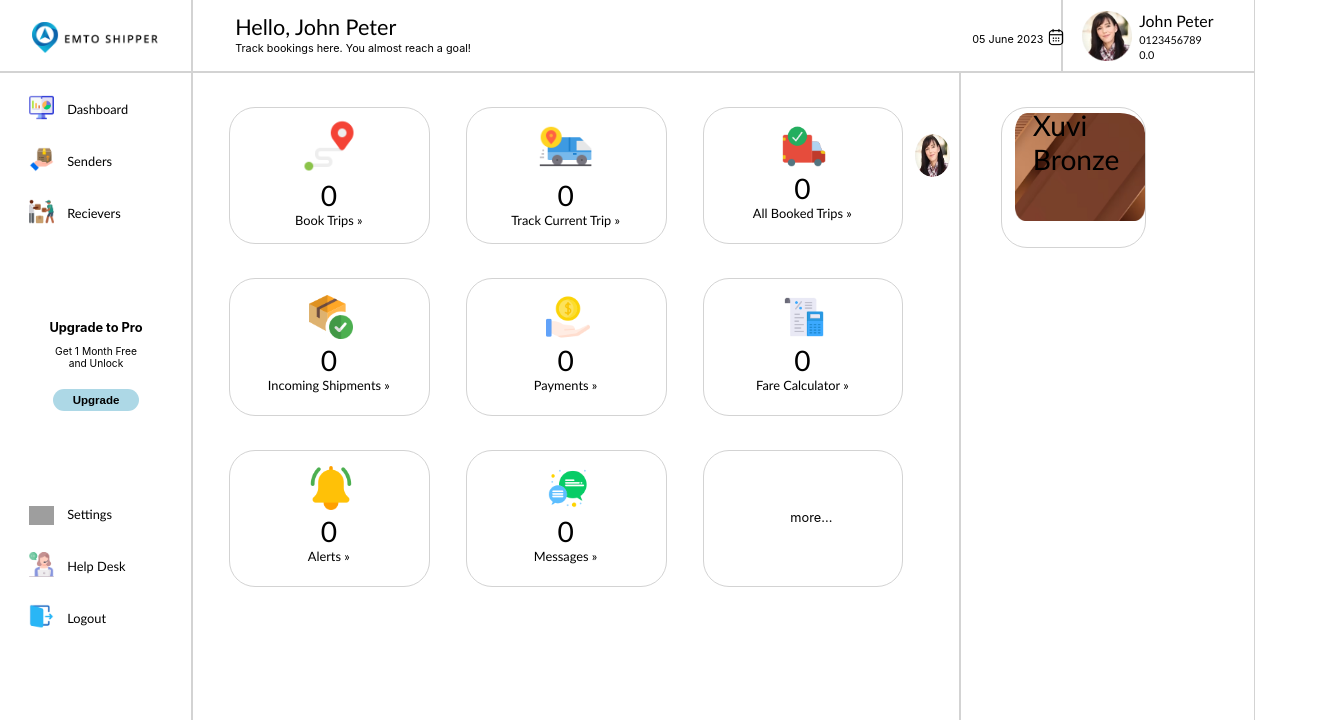
Repository: RoshanArun/Emto-Web
Page: /dashboard (app in emto/reactfirst/)
An editor plug-in stored every save of this project. The page is shown before and after the next save, followed by the edit.
The browser window is 1280 px wide. The page is 1280 px wide, then 1320 px, so the pictures cover 1320 px, including what lies to the right of the window. The pictures show the whole page.
Pictures or frames that could not be fetched are drawn as grey boxes. The project was rebuilt for these pictures with package versions that can differ from the ones it lists, and the page was loaded fresh each time. Also part of the build but not shown: emto/reactfirst/src/pages/SignUp/SignUp.css, emto/reactfirst/src/pages/SignUp/SignUp.js, emto/reactfirst/src/pages/Login/Login.js.

Above is the page before, as saved 2023-07-30 02:19:05.

### emto/reactfirst/src/App.js
import React from 'react';
import './pages/Login/Login.css';
import './pages/SignUp/SignUp.css';
import './pages/DashBoard/DashBoard.css';

import { BrowserRouter as Router, Routes, Route }
    from 'react-router-dom';

import SignUp from './pages/SignUp/SignUp';
import Login from './pages/Login/Login';
import DashBoard from './pages/DashBoard/DashBoard';


function App() {
    return (
        <Router>
            <Routes>
                <Route exact path='/' element={<Login />} />
                <Route path='/sign-up' element={<SignUp />} />
                <Route path='/dashboard' element={<DashBoard />} />
            </Routes>
        </Router>
    );
}

export default App;

### emto/reactfirst/src/pages/Login/Login.css
.wrapper {
  width: 100%;
  height: 100%;
  display: flex;
  flex-basis: 100%;
}

.page-left {
  width: 30%;
  min-width: 250px;
  height: 100vh;
  min-height: 570px;
  background-color: #f5f5f5;
}

.page-right {
  width: 100%;
  height: 75vh;
  background-color: #ffffff;
}

.logo {
  width: 60%;
  padding-top: 5%;
  padding-left: 5%;
  padding-bottom: 35%;
}

.truck {
  width: 100%;
  padding-bottom: 10%;
}

.emtocaption {
  width: 65%;
  padding-left: 7%;
  padding-bottom: 5%;
}

.loginbox {
  width: 85%;
  background-color: white;
  border-radius: 25px;
  margin-left: 5%;
  padding-left: 5%;
  padding-top: 2%;
  padding-bottom: 10%;
}

.details {
  font-size: 13px;
  font-family: 'Gill Sans', 'Gill Sans MT', Calibri, 'Trebuchet MS', sans-serif;
  padding-bottom: 8%;
}

.link {
  font-size: 10px;
  font-family: 'Gill Sans', 'Gill Sans MT', Calibri, 'Trebuchet MS', sans-serif;
}

.signin-content {
  height: 85%;
  width: 240px;
  margin-left: auto;
  margin-right: auto;
  padding-top: 30vh;
  min-height: 300px;
}

.signin-label {
  font-size: 27px;
  padding-bottom: 10%;
  padding-right: 30%;
  font-family: 'Gill Sans', 'Gill Sans MT', Calibri, 'Trebuchet MS', sans-serif;
  float: left;
}

.num-label {
  float: left;
  font-size: 12px;
  margin-bottom: 7px;
  font-family: 'Gill Sans', 'Gill Sans MT', Calibri, 'Trebuchet MS', sans-serif;
}

.numinput {
  border-radius: 5px;
  border: 1px solid lightgrey;
  height: 35px;
  width: 235px;
  float: left;
}

input::-webkit-inner-spin-button {
  -webkit-appearance: none;
  margin: 0;
}

.small {
  display: block;
  margin-bottom: -10px;
}

.invalidnumber {
  font-size: 8px;
  float: right;
  color: red;
}

.OTP-label {
  float: left;
  font-size: 11px;
  margin-right: 200px;
  margin-bottom: 7px;
  font-family: 'Gill Sans', 'Gill Sans MT', Calibri, 'Trebuchet MS', sans-serif;
}

.OTPNUM-input {
  width: 50px;
  height: 50px;
  border-radius: 5px;
  border: 1px solid lightgrey;
  position: relative;
  margin-right: 6px;
}

.OTPNUM-inputend {
  width: 50px;
  height: 50px;
  border-radius: 5px;
  border: 1px solid lightgrey;
  position: relative;
}

.invalidOTP {
  font-size: 8px;
  float: right;
  color: red;
}

.submit-button {
  width: 240px;
  height: 35px;
  background-color: #0d69ae;
  color: white;
  border-radius: 5px;
  border: 1px solid lightgrey;
  font-family: 'Gill Sans', 'Gill Sans MT', Calibri, 'Trebuchet MS', sans-serif;
  font-size: 11px;
  margin-top: 10px;
}

.bottom {
  height: 5%;
  margin-top: 1.5%;
  width: 100%;
  font-size: 9px;
  font-family: 'Gill Sans', 'Gill Sans MT', Calibri, 'Trebuchet MS', sans-serif;
}

.terms {
  margin-left: 5px;
  float: left;
}

.language {
  font-size: 9px;
  float: right;
  font-family: 'Gill Sans', 'Gill Sans MT', Calibri, 'Trebuchet MS', sans-serif;
  padding: 3px;
  margin-right: 10px;
}

.radio-button {
  float: right;
  height: 10px;
  width: 10px;
}

@media (max-width: 600px) {
  .wrapper {
    flex-wrap: wrap;
  }

  div {
    flex-basis: 33%;
  }

  .page-left {
    width: 100%;
    min-width: 100%;
    height: 100%;
    background-color: #f5f5f5;
  }

  .box {
    width: 85%;
    background-color: white;
    border-radius: 25px;
    margin-left: 5%;
    padding-left: 5%;
    padding-top: 2%;
    padding-bottom: 5%;
    margin-bottom: 5%;
  }

  .page-right {
    width: 100%;
    min-width: 100%;
    height: 150vw;
    background-color: #f5f5f5;
  }

  .signin-content {
    height: 85%;
    width: 240px;
    padding-top: 25vh;
    text-align: center;

  }
}

### emto/reactfirst/src/pages/DashBoard/DashBoard.css
.dash {
  height: 100vh;
  width: 100vw;
  outline: 1px solid lightgray;
  min-width: 1025px;;
  display: flex;
  flex-wrap: wrap;
}

.top-logo {
  width: 15vw;
  height: 10vh;
  outline: 1px solid lightgray;
  min-height: 55px;;
  min-width: 150px;;
}

.top-intro {
  width: 68vw;
  height: 10vh;
  outline: 1px solid lightgray;
  min-width: 450px;
  min-height: 55px;;
  min-width: 680px;;
}

.top-profile {
  width: 15vw;
  height: 10vh;
  outline: 1px solid lightgray;
  min-width: 100px;
  min-height: 55px;;
  min-width: 165px;;
}

.bottom-options {
  width: 15vw;
  height: 90vh;
  outline: 1px solid lightgray;
  min-height: 450px;
  min-width: 150px;;
}

.bottom-info {
  width: 60vw;
  height: 90vh;
  outline: 1px solid lightgray;
  min-width: 600px;;
}

.bottom-profile {
  width: 23vw;
  height: 90vh;
  outline: 1px solid lightgray;
  min-width: 250px;
}


.dashboardlogo {
  width: 17.5vh;
  margin-top: 3vh;
  margin-left: 2.5vw;
  min-width: 100px;
}

.dashboardicon {
  margin-top: 12%;
  margin-left: 15%;
  width: 13%;
  min-width: 20px;
}

.dashboardlabels {
  margin-left: 7%;
  font-size: 1vw;
  position: relative;
  bottom: .5vw;
  font-family: 'Gill Sans', 'Gill Sans MT', Calibri, 'Trebuchet MS', sans-serif;
  color: black;
}

.pro {
  font-size: 1.0vw;
  font-weight: bold;
  text-align: center;
  display: block;
  margin-bottom: 5%;
  margin-top: 10vh;
}

.unlock {
  display: block;
  font-size: .8vw;
  word-wrap: break-word;
  text-align: center;

}

.unlock2 {
  font-size: .8vw;
  text-align: center;
  display: block;

}

.upgrade {
  background-color: lightblue;
  border: none;
  border-radius: 15px;
  width: 45%;
  height: 3.5%;
  margin-left: auto;
  margin-right: auto;
  display: grid;
  margin-bottom: 10vh;
  text-align: center;
  font-size: .9vw;
  font-weight: bold;
  align-items: center;
}

.intro {
  font-size: 3vh;
  font-family: 'Gill Sans', 'Gill Sans MT', Calibri, 'Trebuchet MS', sans-serif;
  padding-left: 6vh;
  margin-top: 2vh;
  display: inline-block;
}

.introsub {
  margin-left: 6vh;
  font-size: 1.5vh;
  margin-top: 2px;
  display: flex;
}


.Calender {
  position: relative;
  left: 45vw;
  top: 1vh;
  font-size: 1.5vh;
}

.calenderIcon {
  width: 2.5vh;
  position: relative;
  left: 45.25vw;
  top: 1.5vh;
  font-size: 1.5vh;
}

.profileIcon {
  width: 7vh;
  margin-left: 10%;
  margin-top: 1.5vh;
  min-width: 40px
}

.userLabel {
  margin-left: 6vw;
  font-size: 2.2vh;
  position: relative;
  bottom: 7.5vh;
  font-family: 'Gill Sans', 'Gill Sans MT', Calibri, 'Trebuchet MS', sans-serif;
  color: black;
  display: block;
  margin-bottom: -17.5px
}

.userLabel2 {
  margin-left: 6vw;
  font-size: 1.5vh;
  position: relative;
  bottom: 7.5vh;
  font-family: 'Gill Sans', 'Gill Sans MT', Calibri, 'Trebuchet MS', sans-serif;
  color: black;
  display: block;
  margin-bottom: -17.5px
}

.box {
  margin-top: 5vh;
  height: 6vh;
  width: 12.5vw;
  outline: 1px solid lightgray;
  display: inline-block;
  vertical-align: top;
  background-color: white;
  border-radius: 25px;
  margin-left: 5%;
  padding-left: 5%;
  padding-top: 2%;
  padding-bottom: 10%;
  min-width: 130px;
  min-height: 40px;

}

.boximage {
  width: 35%;
  margin-left: 20%;
  margin-top: -5px;
  margin-right: auto;
}

.boximage2 {
  width: 27.5%;
  margin-left: 25%;

}

.boxLabel {
  display: block;
  margin-left: 32.5%;
  font-size: 2.2vw;
  font-family: 'Gill Sans', 'Gill Sans MT', Calibri, 'Trebuchet MS', sans-serif;

}

.boxlabel2 {
  display: block;
  font-size: 1vw;
  text-align: center;
  margin-left: -25%;
  margin-top: -20px;
  font-family: 'Gill Sans', 'Gill Sans MT', Calibri, 'Trebuchet MS', sans-serif;
}

.more {
  margin-left: 30%;
  margin-top: 27.5%;
  display: block;
  font-size: 1vw;
}

.bronze{
  height: 15vh;
  width: 5vw;
  outline: 1px solid lightgray;
  display: inline-block;
  vertical-align: top;
  background-color: white;
  border-radius: 25px;
  margin-left: 5%;
  padding-left: 5%;
  padding-top: 2%;
  padding-bottom: 10%;
  min-width: 130px;
  min-height: 40px;
}

.bronzelabel{
  display: block;
  margin-left: 32.5%;
  font-size: 2.2vw;
  font-family: 'Gill Sans', 'Gill Sans MT', Calibri, 'Trebuchet MS', sans-serif;

}

.bronzeicon{
  width: 6vw;
  height: 6vh;
  margin-left: -90%;
  margin-top: 10%;
  outline: 2px solid white;
  border-radius: 205px;
  min-width: 35px;
  min-height: 35px;
}

.bronzeInformation{
  display: flex;
  position: relative;
  right: 30%;
  margin-top: 45%;
  margin-right: 5vw;
  font-size: 1.2vw;
  color: white;
}


.bronzeInformation2{
  display: flex;
  position: relative;
  right: 120%;
  margin-top: 55%;
  margin-right: 2.5vw;
  font-size: .8vw;
  color: white;
 }

.box2{
  margin-top: 5vh;
  height: 25vh;
  width: 20vw;
  display: flex;
  vertical-align: top;
  background-color: white;
  margin-left: 10%;
  min-width: 130px;
  min-height: 130px;
}

### emto/reactfirst/src/pages/DashBoard/DashBoard.js
import React from 'react';
import IMAGES from '../../Components';

const DashBoard = () => {
    return (
        <div class="DashBoard">
            <meta name="viewport" content="width=device-width, initial-scale=1.0" />
            <div class="wrapper">
                <div class="dash">
                    <div class="top-logo">
                        <img src={IMAGES.emtologo} class="dashboardlogo" alt="dashboardlogo" /><br></br>
                    </div>
                    <div class="top-intro">
                        <label class="intro">Hello, John Peter</label>
                        <label class="Calender">05 June 2023</label>
                        <img src={IMAGES.calender} class="calenderIcon" alt="dashboardlogo" /><br></br>
                        <label class="introsub">Track bookings here. You almost reach a goal!</label>
                    </div>
                    <div class="top-profile">
                        <img src={IMAGES.profile} class="profileIcon" alt="dashboardlogo" />
                        <label class="userLabel">John Peter</label><br></br>
                        <label class="userLabel2">0123456789</label><br></br>
                        <label class="userLabel2">0.0</label><br></br>
                    </div>

                    <div class="bottom-options">
                        <img src={IMAGES.dashboard} class="dashboardicon" alt="dashboardlogo" /><label class="dashboardlabels">Dashboard</label><br></br>
                        <img src={IMAGES.senders} class="dashboardicon" alt="dashboardlogo" /><label class="dashboardlabels">Senders</label><br></br>
                        <img src={IMAGES.recievers} class="dashboardicon" alt="dashboardlogo" /><label class="dashboardlabels">Recievers</label><br></br><br></br>
                        <label class="pro">Upgrade to Pro</label>
                        <label class="unlock">Get 1 Month Free</label>
                        <label class="unlock2">and Unlock</label><br></br>
                        <button class="upgrade">Upgrade</button>
                        <img src={IMAGES.settings} class="dashboardicon" alt="dashboardlogo" /><label class="dashboardlabels">Settings</label><br></br>
                        <img src={IMAGES.csx} class="dashboardicon" alt="dashboardlogo" /><label class="dashboardlabels">Help Desk</label><br></br>
                        <img src={IMAGES.logout} class="dashboardicon" alt="dashboardlogo" /><label class="dashboardlabels">Logout</label><br></br>
                    </div>

                    <div class="bottom-info">
                        <div class="box">
                            <img src={IMAGES.booktrips} class="boximage" alt="dashboardlogo" />
                            <label class="boxLabel">0</label><br></br>
                            <label class="boxlabel2">Book Trips 	&#187;</label>
                        </div>
                        <div class="box">
                            <img src={IMAGES.currenttTrips} class="boximage" alt="dashboardlogo" />
                            <label class="boxLabel">0</label><br></br>
                            <label class="boxlabel2">Track Current Trip	&#187;</label>
                        </div>
                        <div class="box">
                            <img src={IMAGES.bookedTrips} class="boximage2" alt="dashboardlogo" />
                            <label class="boxLabel">0</label><br></br>
                            <label class="boxlabel2">All Booked Trips	&#187;</label>
                        </div>
                        <div class="box">
                            <img src={IMAGES.incomingShipments} class="boximage2" alt="dashboardlogo" />
                            <label class="boxLabel">0</label><br></br>
                            <label class="boxlabel2">Incoming Shipments	&#187;</label>
                        </div>
                        <div class="box">
                            <img src={IMAGES.payments} class="boximage2" alt="dashboardlogo" />
                            <label class="boxLabel">0</label><br></br>
                            <label class="boxlabel2">Payments	&#187;</label>
                        </div>
                        <div class="box">
                            <img src={IMAGES.fareCalc} class="boximage2" alt="dashboardlogo" />
                            <label class="boxLabel">0</label><br></br>
                            <label class="boxlabel2">Fare Calculator	&#187;</label>
                        </div>
                        <div class="box">
                            <img src={IMAGES.alerts} class="boximage2" alt="dashboardlogo" />
                            <label class="boxLabel">0</label><br></br>
                            <label class="boxlabel2">Alerts	&#187;</label>
                        </div>
                        <div class="box">
                            <img src={IMAGES.messages} class="boximage2" alt="dashboardlogo" />
                            <label class="boxLabel">0</label><br></br>
                            <label class="boxlabel2">Messages	&#187;</label>
                        </div>
                        <div class="box">
                            <label class="more">more...</label><br></br>
                        </div>
                    </div>

                    <div class="bottom-profile">
                        <div class='box2'>
                            <img src={IMAGES.bronze} class="bronze" alt="dashboardlogo" />
                            <img src={IMAGES.profile} class="bronzeicon" alt="dashboardlogo" />
                            <label class="bronzelabel">Xuvi Bronze</label><br></br>
                            <label class="bronzeInformation">0</label><br></br>
                            <label class="bronzeInformation">0</label><br></br>
                            <label class="bronzeInformation">0</label><br></br>
                            <label class="bronzeInformation2">Bookings</label><br></br>
                            <label class="bronzeInformation2">Pending Payments</label><br></br>
                            <label class="bronzeInformation2">Points</label><br></br>

                        </div>


                        {/* <img src={IMAGES.bronze} class="box-banner2" alt="dashboardlogo" /> */}
                    </div>
                </div>
            </div>
        </div>
    );
}
export default DashBoard;

### emto/reactfirst/src/Components/index.js
const IMAGES = {
    emtocaption: require('./emto-caption.png'),
    emtotruck: require('./emtotruck.jpg'),
    emtologo: require('./emto-logo.png'),

    dashboard: require('./business-report.png'),
    senders: require('./senders.png'),
    recievers: require('./recievers.png'),

    settings: require('./settings.png'),
    csx: require('./customer-service.png'),
    logout: require('./logout.png'),

    calender: require('./calendar.png'),
    profile: require('./profile.png'),

    booktrips: require('./destination.png'),
    currenttTrips: require('./tracking.png'),
    bookedTrips: require('./truck.png'),
    incomingShipments: require('./approval.png'),
    payments: require('./cash-payment.png'),
    fareCalc: require('./calculator.png'),
    alerts: require('./bell.png'),
    messages: require('./chat-box.png'),

    bronze: require('./bronze-bg.png')
}

export default IMAGES;

Loaded but not shown: emto/reactfirst/public/index.html (common file); emto/reactfirst/src/index.js (common file); emto/reactfirst/src/index.css (common file); emto/reactfirst/src/reportWebVitals.js (common file)

After the next save:
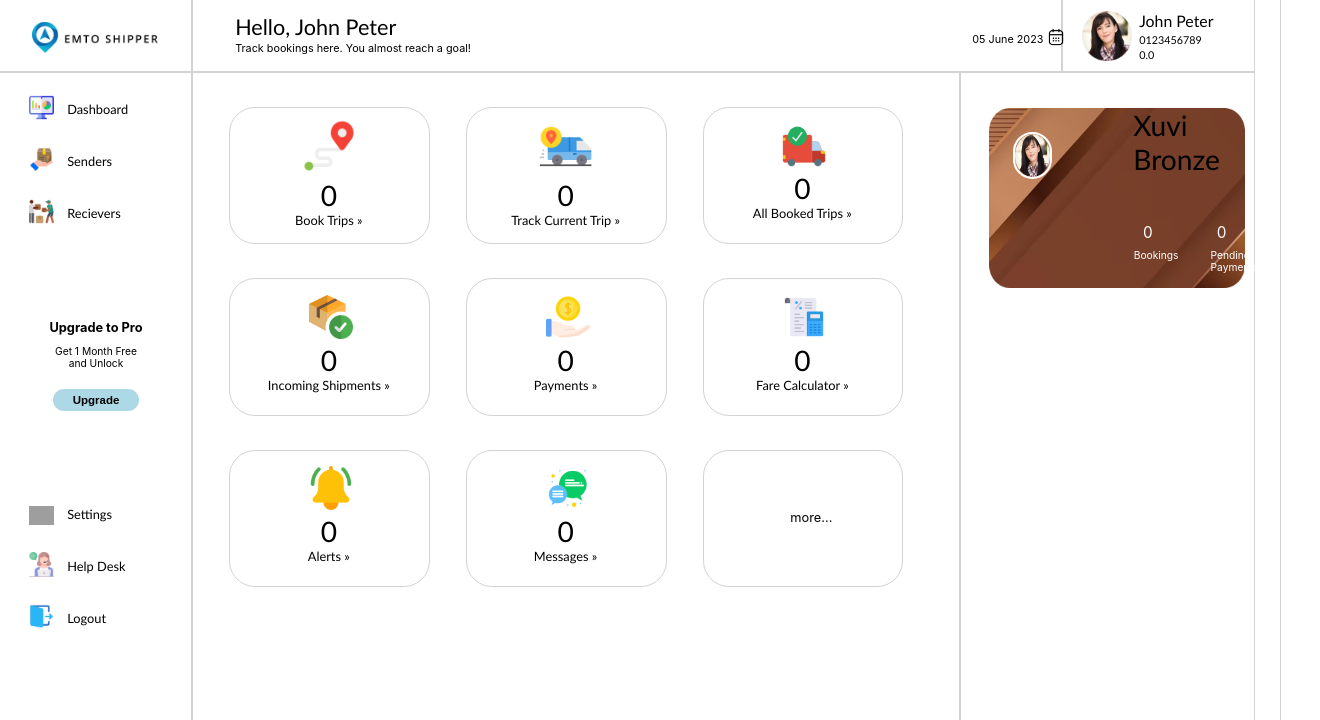
Saved 40 s later.
--- a/emto/reactfirst/src/pages/DashBoard/DashBoard.css
+++ b/emto/reactfirst/src/pages/DashBoard/DashBoard.css
@@ -235,19 +235,10 @@
 }
 
 .bronze{
-  height: 15vh;
-  width: 5vw;
-  outline: 1px solid lightgray;
+  width: 20vw;
+  height: 25vh;
+  min-height: 140px;
   display: inline-block;
-  vertical-align: top;
-  background-color: white;
-  border-radius: 25px;
-  margin-left: 5%;
-  padding-left: 5%;
-  padding-top: 2%;
-  padding-bottom: 10%;
-  min-width: 130px;
-  min-height: 40px;
 }
 
 .bronzelabel{
